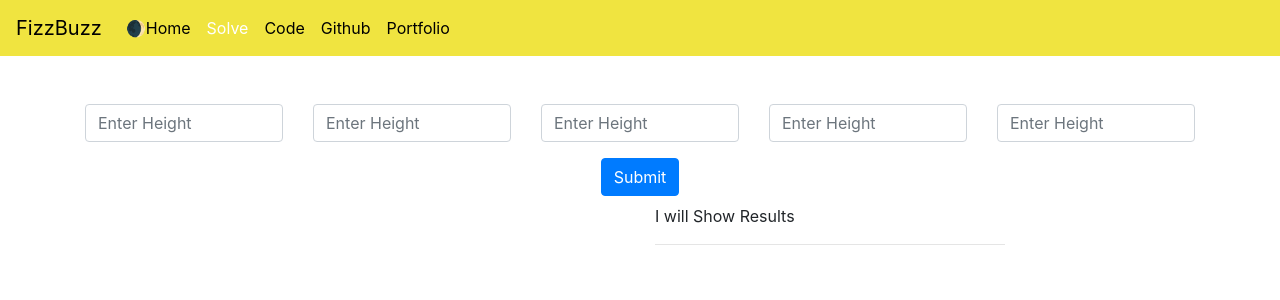
Repository: zhadjah9559/SunsetHills
Page: solve.html
An editor plug-in stored every save of this project. The page is shown before and after the next save, followed by the edit.
The browser window is 1280 px wide. The pictures show the whole page.

Above is the page before, as saved 2021-01-14 16:53:22.

### solve.html
<!doctype html>
<html lang="en">
  <head>
    <title>Title</title>
    <!-- Required meta tags -->
    <meta charset="utf-8">
    <meta name="viewport" content="width=device-width, initial-scale=1, shrink-to-fit=no">
    <meta http-equiv="X-UA-Compatible" content="ie=edge">
    <title>Fizz Buzz Coding Challenge (Implementing the Meta Strat</title>


    <!-- Bootstrap CSS -->
    <link rel="stylesheet" href="https://stackpath.bootstrapcdn.com/bootstrap/4.3.1/css/bootstrap.min.css" integrity="sha384-ggOyR0iXCbMQv3Xipma34MD+dH/1fQ784/j6cY/iJTQUOhcWr7x9JvoRxT2MZw1T" crossorigin="anonymous">
    <link rel="stylesheet" href="css/custom.css">
    <link rel="stylesheet" href="css/prism.css">

  </head>
  <body>
    <nav class="navbar navbar-expand-sm navbar-dark" style="background-color:  #F0E440;">
        <a class="navbar-brand" href="#">FizzBuzz</a>
        <button class="navbar-toggler d-lg-none" type="button" data-toggle="collapse" data-target="#collapsibleNavId" aria-controls="collapsibleNavId"
            aria-expanded="false" aria-label="Toggle navigation"></button>
        <div class="collapse navbar-collapse" id="collapsibleNavId">
            <ul class="navbar-nav mr-auto mt-2 mt-lg-0">
                <li class="nav-item">
                    <a class="nav-link" href="index.html">🌒Home </a>
                </li>
                <li class="nav-item">
                    <a class="nav-link active" href="solve.html">Solve <span class="sr-only">(current)</span></a>
                </li>
                <li class="nav-item">
                    <a class="nav-link" href="code.html">Code</a>
                </li>
                <li class="nav-item">
                    <a class="nav-link" target="_blank" href="https://github.com/zhadjah9559/SunsetHills">Github</a>
                </li>
                <li class="nav-item">
                    <a class="nav-link" target="_blank" href="https://www.zacharyhadjah.netlify.app">Portfolio</a>
                </li>
            </ul>
        </div>
    </nav>

    <div class="container pt-5">


        <div class="row">
            <div class="col-md form-group">
                <input class="form-control" id="input1" placeholder="Enter Height" type="number"/>
            </div>
            <div class="col-md form-group">
                <input class="form-control" id="input2" placeholder="Enter Height" type="number"/>
            </div>
            <div class="col-md form-group">
                <input class="form-control" id="input3" placeholder="Enter Height" type="number"/>
            </div>
            <div class="col-md form-group">
                <input class="form-control" id="input4" placeholder="Enter Height" type="number"/>
            </div>
            <div class="col-md form-group">
                <input class="form-control" id="input5" placeholder="Enter Height" type="number"/>
            </div>
        </div>

        <div class="row justify-content-center">
            <label><span></span><input class="btn btn-primary" type="submit" onclick="BeginFunction()"></label>
        </div>

        <div class="row">
            <div class="col-4 offset-6">
                <p>I will Show Results</p>
                <hr/>
                <p id="results"></p>
            </div>
        </div>




    </div>








    </div>


    <!-- Optional JavaScript -->
    <!-- jQuery first, then Popper.js, then Bootstrap JS -->
    <script src="https://code.jquery.com/jquery-3.3.1.slim.min.js" integrity="sha384-q8i/X+965DzO0rT7abK41JStQIAqVgRVzpbzo5smXKp4YfRvH+8abtTE1Pi6jizo" crossorigin="anonymous"></script>
    <script src="https://cdnjs.cloudflare.com/ajax/libs/popper.js/1.14.7/umd/popper.min.js" integrity="sha384-UO2eT0CpHqdSJQ6hJty5KVphtPhzWj9WO1clHTMGa3JDZwrnQq4sF86dIHNDz0W1" crossorigin="anonymous"></script>
    <script src="https://stackpath.bootstrapcdn.com/bootstrap/4.3.1/js/bootstrap.min.js" integrity="sha384-JjSmVgyd0p3pXB1rRibZUAYoIIy6OrQ6VrjIEaFf/nJGzIxFDsf4x0xIM+B07jRM" crossorigin="anonymous"></script>
    <script src="js/custom.js"></script>
    <script src="js/prism.js"></script>

  </body>
</html>

### css/custom.css
.navbar-dark .navbar-nav .active>.nav-link{
    color:black;
}
.navbar-dark .navbar-nav .nav-link{
    color:black;
}
.navbar .navbar-brand{
    color:black;
}

### css/prism.css
/* PrismJS 1.23.0
https://prismjs.com/download.html#themes=prism-okaidia&languages=markup+css+clike+javascript&plugins=line-numbers */
/**
 * okaidia theme for JavaScript, CSS and HTML
 * Loosely based on Monokai textmate theme by http://www.monokai.nl/
 * @author ocodia
 */

code[class*="language-"],
pre[class*="language-"] {
	color: #f8f8f2;
	background: none;
	text-shadow: 0 1px rgba(0, 0, 0, 0.3);
	font-family: Consolas, Monaco, 'Andale Mono', 'Ubuntu Mono', monospace;
	font-size: 1em;
	text-align: left;
	white-space: pre;
	word-spacing: normal;
	word-break: normal;
	word-wrap: normal;
	line-height: 1.5;

	-moz-tab-size: 4;
	-o-tab-size: 4;
	tab-size: 4;

	-webkit-hyphens: none;
	-moz-hyphens: none;
	-ms-hyphens: none;
	hyphens: none;
}

/* Code blocks */
pre[class*="language-"] {
	padding: 1em;
	margin: .5em 0;
	overflow: auto;
	border-radius: 0.3em;
}

:not(pre) > code[class*="language-"],
pre[class*="language-"] {
	background: #272822;
}

/* Inline code */
:not(pre) > code[class*="language-"] {
	padding: .1em;
	border-radius: .3em;
	white-space: normal;
}

.token.comment,
.token.prolog,
.token.doctype,
.token.cdata {
	color: #8292a2;
}

.token.punctuation {
	color: #f8f8f2;
}

.token.namespace {
	opacity: .7;
}

.token.property,
.token.tag,
.token.constant,
.token.symbol,
.token.deleted {
	color: #f92672;
}

.token.boolean,
.token.number {
	color: #ae81ff;
}

.token.selector,
.token.attr-name,
.token.string,
.token.char,
.token.builtin,
.token.inserted {
	color: #a6e22e;
}

.token.operator,
.token.entity,
.token.url,
.language-css .token.string,
.style .token.string,
.token.variable {
	color: #f8f8f2;
}

.token.atrule,
.token.attr-value,
.token.function,
.token.class-name {
	color: #e6db74;
}

.token.keyword {
	color: #66d9ef;
}

.token.regex,
.token.important {
	color: #fd971f;
}

.token.important,
.token.bold {
	font-weight: bold;
}
.token.italic {
	font-style: italic;
}

.token.entity {
	cursor: help;
}

pre[class*="language-"].line-numbers {
	position: relative;
	padding-left: 3.8em;
	counter-reset: linenumber;
}

pre[class*="language-"].line-numbers > code {
	position: relative;
	white-space: inherit;
}

.line-numbers .line-numbers-rows {
	position: absolute;
	pointer-events: none;
	top: 0;
	font-size: 100%;
	left: -3.8em;
	width: 3em; /* works for line-numbers below 1000 lines */
	letter-spacing: -1px;
	border-right: 1px solid #999;

	-webkit-user-select: none;
	-moz-user-select: none;
	-ms-user-select: none;
	user-select: none;

}

	.line-numbers-rows > span {
		display: block;
		counter-increment: linenumber;
	}

		.line-numbers-rows > span:before {
			content: counter(linenumber);
			color: #999;
			display: block;
			padding-right: 0.8em;
			text-align: right;
		}

### js/custom.js
let sunsetOrder = "";

function BeginFunction(){
    //wire up all the data to the building variables
    let building1 = parseInt( document.getElementById("input1") )
    let building2 = parseInt( document.getElementById("input2") )
    let building3 = parseInt( document.getElementById("input3") )
    let building4 = parseInt( document.getElementById("input4") )
    let building5 = parseInt( document.getElementById("input5") )

    const buildings = document.querySelectorAll(".form-control").forEach( building =>{
        JasonsFunction()
    })

     //Put all the buildings into an array
     //let buildingsArray = [building1, building2, building3, building4, building5]


    //Create multiple functions for debugging purposes
    //helps keeps track of exactly where problems are
    //KeepTrackOfTallest();

}

function KeepTrackOfTallest(){


    //You will need to use  nested for loops. Nested for loops are how you can properly
    //compare elements inside of an array with eachother.

    //Loop starts at one because it will be the loop that is compared to all the
    //previous buildings that are infront of it
    for (let currentBuilding = 1; currentBuilding < buildingsArray.length; currentBuilding++) {

        //will be kept false UNTIL you find the tallest building
        //once tallest building is found, it will be switched to true
        let tallestBuilding = false

        //this loop starts at one because it will need to stay before the position of the
        //current building. It needs to stay before current building to properly compare
        //which building is taller. That is why the middle condition is
        // previousBuilding < currentBuilding
        for (let previousBuilding = 0; previousBuilding < currentBuilding; previousBuilding++) {

            //if any of the previous building are taller than the building that is currently being compared with,
            //then change the bool to true
            if(buildingsArray[previousBuilding] >= buildingsArray[currentBuilding]){
                tallest = true;
                break;
            }else
                continue;

        }
    }

    if(tallestBuilding == false)
        sunsetOrder.push("")
    else
        sunsetOrder.push("")

    results = sunsetOrder.join("");
    document.getElementById("results").innerHTML = `${results}`;
}

function JasonsFunction(){
    let maxHeight = buildingsArray[0]
    let viewOrder = new Array()
    viewOrder.push(building1)

    //if the current building is larger than the largest previous building, then add it to array
    //Determine maximum number algorithm
    for (let i = 1; i < array.length; i++) {
        if(buildingsArray[i] > maxheight){
            maxHeight = buildingsArray[i]
            viewOrder.push(maxheight)
        }
        document.getElementById("results").innerText =  `The ascending array is [ ${ascendingarray.join(",")}]`
    }
}

function clear(){
    buildings.querySelectorAll("")
}

Loaded but not shown: js/prism.js (library)

After the next save:
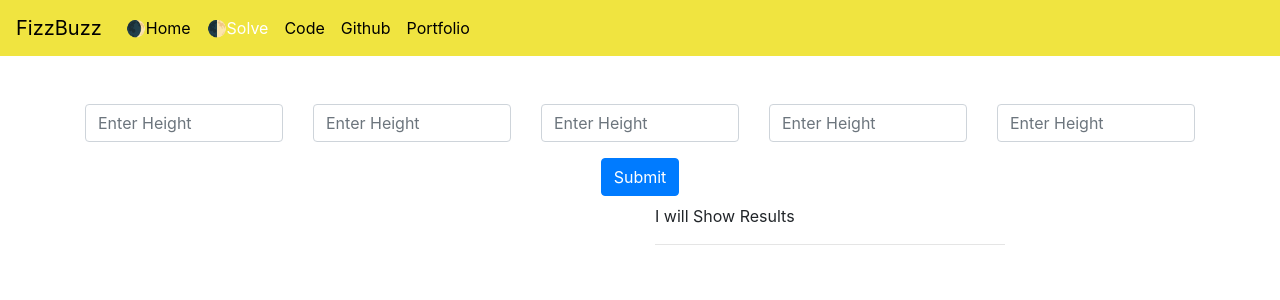
Saved 4 s later.
--- a/solve.html
+++ b/solve.html
@@ -26,7 +26,7 @@
                     <a class="nav-link" href="index.html">🌒Home </a>
                 </li>
                 <li class="nav-item">
-                    <a class="nav-link active" href="solve.html">Solve <span class="sr-only">(current)</span></a>
+                    <a class="nav-link active" href="solve.html">🌓Solve <span class="sr-only">(current)</span></a>
                 </li>
                 <li class="nav-item">
                     <a class="nav-link" href="code.html">Code</a>
